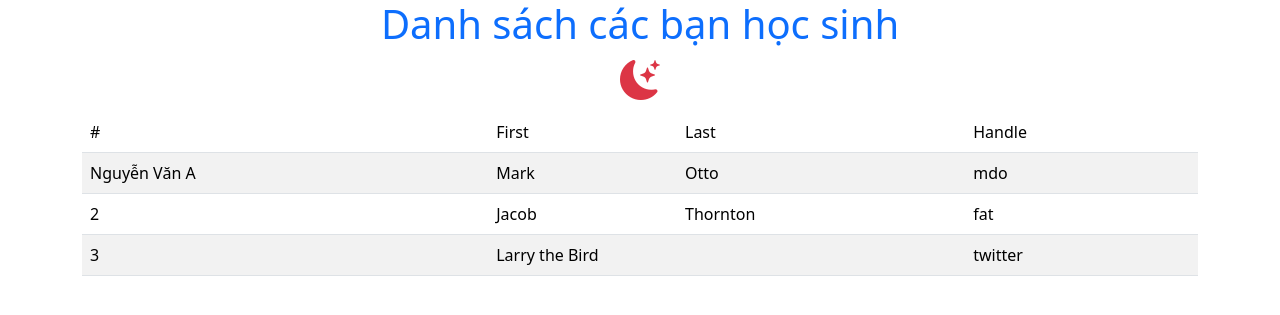
Repository: danghoanghai2k2/BeginAnguLar
Page: / (app in FirstAnGuLar/)
These files come from the project's save history. The page is drawn as it stood at one moment and after a run of saves; the edit follows.
The browser window is 1280 px wide. The pictures show the whole page.
The project was rebuilt for these pictures with package versions that can differ from the ones it lists, and the page was loaded fresh each time. Also part of the build but not shown: FirstAnGuLar/angular.json.

Above is the page before, as saved 2024-06-06 16:43:16.

After the next 2 saves:
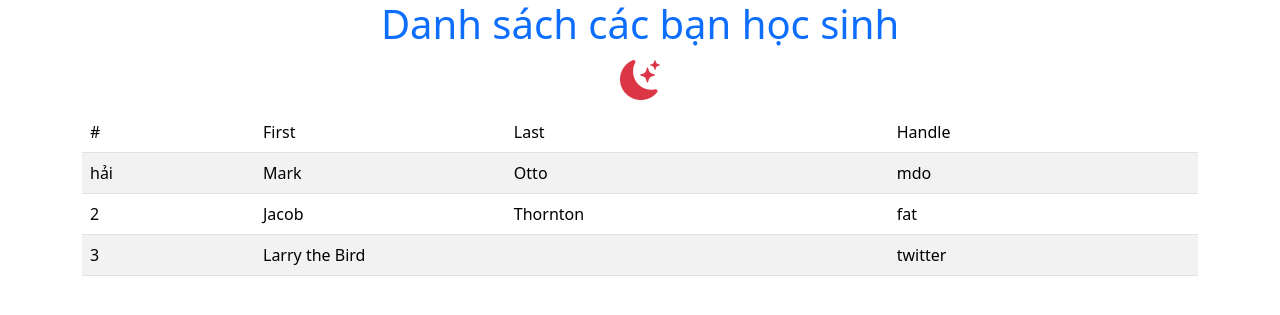
The 2 saves are shown as one change because 1 did not build or start.
The last was saved 2 min 31 s later.
--- a/FirstAnGuLar/src/app/app.component.ts
+++ b/FirstAnGuLar/src/app/app.component.ts
@@ -1,6 +1,7 @@
 import { Component } from '@angular/core';
 import { RouterOutlet } from '@angular/router';
 import { User } from './common/User';
+import { User } from '../../../.history/FirstAnGuLar/src/app/common/User_20240606154825';
 
 @Component({
   selector: 'app-root',
@@ -12,14 +13,10 @@ import { User } from './common/User';
 export class AppComponent {
   // tạo ra thẻ tiêu đề
   lists = 'Danh sách các bạn học sinh';
-  users:User  = {
-    id: 1,
-    name: 'Nguyễn Văn A',
-    email:'danghoanghai2k2@gmail.com',
-    address:'thái Bình - Tiền Hải',
+  users:User  = new User(1,'hải','hảiaaaaaaaa','thái bình');
 
     getName() {
-        return this.name;
-    },
-  }
+        return this.users.getName();
+    }
+
 }
